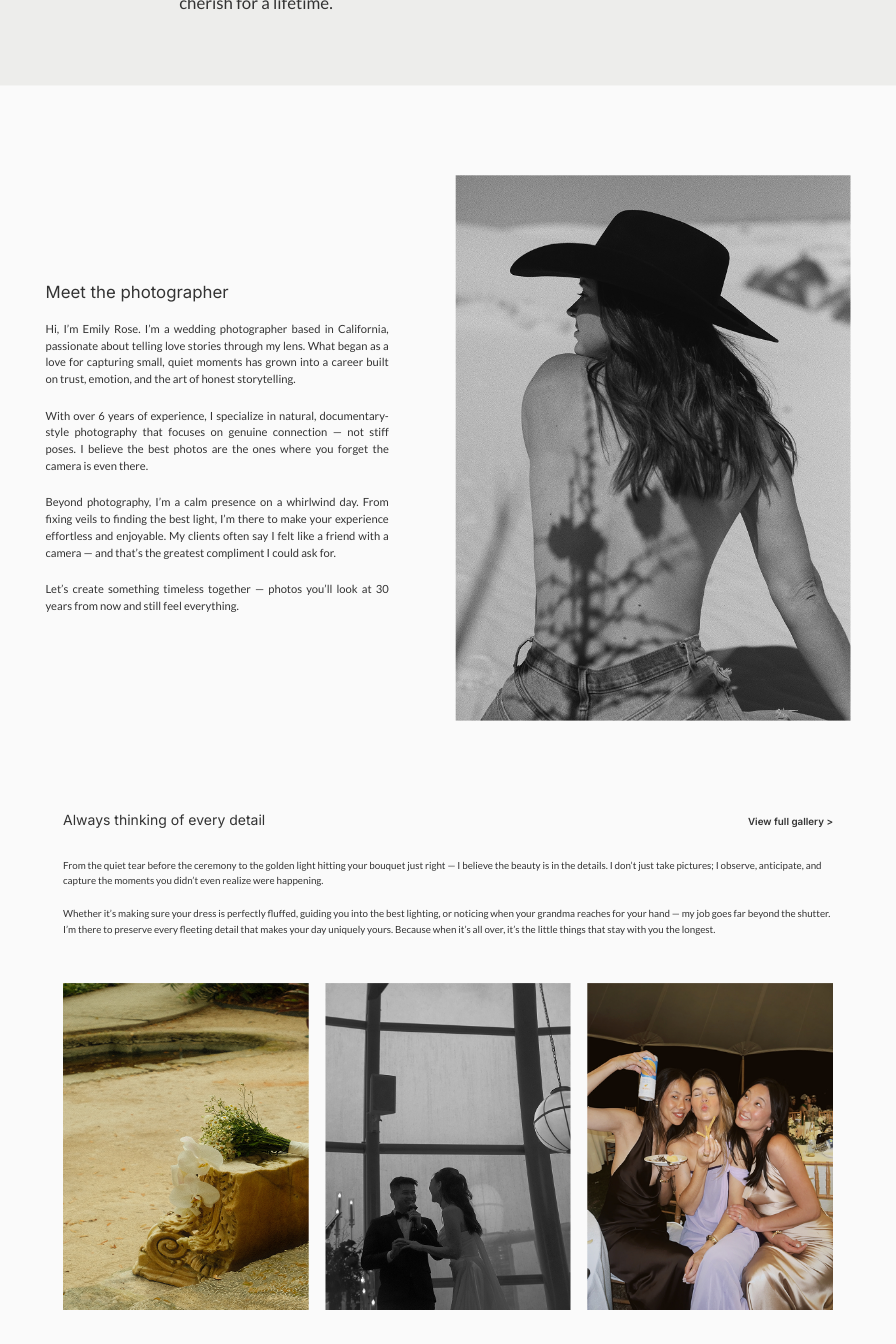
Repository: eduarda-magnago/wt-photography
Page: /
These files come from the project's save history. The page is drawn as it stood at one moment and after the next save; the edit follows.
The browser window is 1280 px wide. The pictures show the part of the page from y = 949 to 2869 px (the page is 3917 px tall before and 3734 px after), at 70% of full size.
Some web fonts or font styles are not loaded; a fallback is used. The project was rebuilt for these pictures with package versions that can differ from the ones it lists, and the page was loaded fresh each time. The framework's server and built-in components were replaced by stand-ins that run in the browser. Also part of the build but not shown: next.config.ts.

Above is the page before, as saved 2026-10-14 12:52:08.

### app/layout.tsx
import type { Metadata } from "next";
import { Inter, Lato, Cormorant_SC } from "next/font/google";
import Header from "@/components/layout/header";
import Footer from "@/components/layout/footer";
import "./globals.css";

const inter = Inter({
  subsets: ["latin"],
  variable: "--font-inter",
});

const lato = Lato({
  subsets: ["latin"],
  weight: ["300", "400", "700"],
  variable: "--font-lato",
});

const cormorant = Cormorant_SC({
  subsets: ["latin"],
  weight: ["300", "400", "500"],
  variable: "--font-cormorant",
});

export const metadata: Metadata = {
  title: "WT Timeless Photography",
  description: "Timeless wedding photography",
};

export default function RootLayout({
  children,
}: {
  children: React.ReactNode;
}) {
  return (
    <html
      lang="en"
      className={`${inter.variable} ${lato.variable} ${cormorant.variable}`}
    >
      <body className="font-sans antialiased">
        <Header />
        <main>{children}</main>
        <Footer />
      </body>
    </html>
  );
}

### app/page.tsx
import Hero from "@/components/hero";
import Intro from "@/components/home/intro";
import About from "@/components/home/about";
import Details from "@/components/home/details";
import Testimonials from "@/components/home/testimonials";

export default function Home() {
  return (
    <>
      <Hero
        eyebrow="Timeless Wedding Photography"
        title="Capturing the essence of your treasured moments"
        image="/img/hero-bg.jpg"
      />
      <Intro />
      <About />
      <Details />
      <Testimonials />
    </>
  );
}

### components/layout/header.tsx
"use client";

import { useState } from "react";
import Image from "next/image";
import Link from "next/link";

const navLinks = [
  { label: "Home", href: "/" },
  { label: "About me", href: "/#about" },
  { label: "Gallery", href: "/#gallery" },
  { label: "Testimonials", href: "/#testimonials" },
  { label: "Contact Us", href: "/contact#contact-form" },
];

export default function Header() {
  const [open, setOpen] = useState(false);

  return (
    <header className="absolute inset-x-0 top-0 z-30">
      <div className="flex items-start justify-between px-6 py-8 md:px-14">
        <ul className="flex items-center gap-3">
          <li>
            <a
              href="#"
              aria-label="Instagram"
              className="relative block h-[19px] w-[18px] transition-opacity hover:opacity-70"
            >
              <Image
                src="/img/instagram.png"
                alt=""
                fill
                sizes="18px"
                className="object-contain"
              />
            </a>
          </li>
          <li>
            <a
              href="#"
              aria-label="Facebook"
              className="relative block h-[18px] w-[18px] transition-opacity hover:opacity-70"
            >
              <Image
                src="/img/facebook.png"
                alt=""
                fill
                sizes="18px"
                className="object-contain"
              />
            </a>
          </li>
          <li>
            <a
              href="#"
              aria-label="YouTube"
              className="relative block h-[18px] w-[18px] transition-opacity hover:opacity-70"
            >
              <Image
                src="/img/youtube.png"
                alt=""
                fill
                sizes="18px"
                className="object-contain"
              />
            </a>
          </li>
          <li>
            <a
              href="#"
              aria-label="LinkedIn"
              className="relative block h-[18px] w-[18px] transition-opacity hover:opacity-70"
            >
              <Image
                src="/img/linkedin.png"
                alt=""
                fill
                sizes="18px"
                className="object-contain"
              />
            </a>
          </li>
        </ul>

        <button
          type="button"
          onClick={() => setOpen(true)}
          aria-label="Open menu"
          className="relative block h-6 w-9 transition-opacity hover:opacity-70"
        >
          <Image
            src="/img/menu.png"
            alt=""
            fill
            sizes="36px"
            className="object-contain"
          />
        </button>
      </div>

      {open && (
        <div className="fixed inset-0 z-40 flex items-center justify-center bg-ink/95">
          <button
            type="button"
            onClick={() => setOpen(false)}
            aria-label="Close menu"
            className="absolute right-6 top-8 text-3xl text-white md:right-14"
          >
            ✕
          </button>
          <nav>
            <ul className="flex flex-col items-center gap-8">
              {navLinks.map((link) => (
                <li key={link.label}>
                  <Link
                    href={link.href}
                    onClick={() => setOpen(false)}
                    className="font-heading text-2xl text-white"
                  >
                    {link.label}
                  </Link>
                </li>
              ))}
            </ul>
          </nav>
        </div>
      )}
    </header>
  );
}

### components/layout/footer.tsx
import Image from "next/image";
import Link from "next/link";

const exploreLinks = [
  { label: "Home", href: "/" },
  { label: "About me", href: "/#about" },
  { label: "Gallery", href: "/#gallery" },
  { label: "Testimonials", href: "/#testimonials" },
  { label: "Contact Us", href: "/contact#contact-form" },
];

export default function Footer() {
  return (
    <footer>
      <div className="bg-ink px-6 py-16 text-sm text-white md:px-14">
        <div className="mx-auto max-w-5xl">
          <div className="border-t border-white/30 pt-12">
            <div className="grid gap-12 md:grid-cols-[1fr_auto_auto] md:gap-20">
              <div>
                <Image
                  src="/img/logo.png"
                  alt="WT Timeless Photography"
                  width={240}
                  height={110}
                />
                <p className="mt-6 max-w-xs">
                  With a natural and artistic approach, we create photographs
                  that reflect everything.
                </p>
                <ul className="mt-6 flex items-center gap-3">
                  <li>
                    <a href="#" aria-label="Instagram" className="transition-opacity hover:opacity-70">
                      <Image src="/img/instagram.png" alt="" width={18} height={18} />
                    </a>
                  </li>
                  <li>
                    <a href="#" aria-label="Facebook"
                      className="relative block h-[18px] w-[18px] transition-opacity hover:opacity-70"
                    >
                      <Image src="/img/facebook.png" alt="" fill sizes="18px" className="object-contain"/>
                    </a>
                  </li>
                  <li>
                    <a href="#" aria-label="YouTube" className="transition-opacity hover:opacity-70">
                      <Image src="/img/youtube.png" alt="" width={18} height={18} />
                    </a>
                  </li>
                  <li>
                    <a href="#" aria-label="LinkedIn" className="transition-opacity hover:opacity-70">
                      <Image src="/img/linkedin.png" alt="" width={18} height={18} />
                    </a>
                  </li>
                </ul>
              </div>

              <div>
                <h3 className="mb-6 text-xs uppercase tracking-widest">
                  Explore
                </h3>
                <ul className="space-y-2">
                  {exploreLinks.map((link) => (
                    <li key={link.label}>
                      <Link href={link.href}>{link.label}</Link>
                    </li>
                  ))}
                </ul>
              </div>

              <div>
                <h3 className="mb-6 text-xs uppercase tracking-widest">
                  Enquiries
                </h3>
                <address className="not-italic leading-relaxed">
                  641 Route de Gibannaz
                  <br />
                  Les Gets
                  <br />
                  74260
                </address>
                <div className="mt-6 flex flex-col gap-1 underline">
                  <a href="tel:+33685204809">+33 (0)6 85 20 48 09</a>
                  <a href="tel:+447967728009">+44 (0)7967 728009</a>
                </div>
                <a
                  href="mailto:info@weddingphoto.com"
                  className="mt-6 block underline"
                >
                  info@weddingphoto.com
                </a>
              </div>
            </div>

            <div className="mt-16 flex flex-col gap-4 border-t border-white/30 pt-6 text-xs md:flex-row md:justify-between">
              <p>
                Designed &amp; developed by{" "}
                <a href="https://www.instagram.com/webstudio.em" target="_blank" rel="noopener noreferrer" className="underline">
                  EM Studio
                </a>
              </p>
              <div className="flex gap-6 underline">
                <a href="#">Terms &amp; Conditions</a>
                <a href="#">Privacy Policy</a>
              </div>
            </div>
          </div>
        </div>
      </div>
      <p className="bg-neutral-200 px-6 py-5 text-center text-xs uppercase tracking-wide">
        © WT Timeless Photography 2026 - All the rights reserved.
      </p>
    </footer>
  );
}

### app/globals.css
@import "tailwindcss";

@theme inline {
  --font-sans: var(--font-lato);
  --font-heading: var(--font-inter);
  --font-hero: var(--font-cormorant);

  --color-ink: #333333;
  --color-sand: #ededeb;
  --color-paper: #fafafa;
  --color-blush: #f4e6dc;
}

html {
  scroll-behavior: smooth;
}

body {
  background: var(--color-paper);
  color: var(--color-ink);
}

### components/hero.tsx
import Image from "next/image";
import Link from "next/link";

type HeroProps = {
  eyebrow: string;
  title: string;
  image: string;
  ctaLabel?: string;
  ctaHref?: string;
};

export default function Hero({
  eyebrow,
  title,
  image,
  ctaLabel = "Explore our gallery",
  ctaHref = "/#gallery",
}: HeroProps) {
  return (
    <section className="relative flex h-[70vh] min-h-[715px] items-center justify-center overflow-hidden">
      <Image
        src="/img/hero.png"
        alt=""
        fill
        priority
        sizes="100vw"
        className="object-cover"
      />
      <div className="absolute inset-0 bg-black/20" />
      <div className="relative z-10 flex max-w-3xl flex-col items-center px-6 text-center text-white">
        <p className="mb-4 text-sm">{eyebrow}</p>
        <h1 className="font-hero text-5xl leading-[0.9] md:text-7xl">
          {title}
        </h1>
        <Link
          href={ctaHref}
          className="mt-8 border-b border-white pb-1 text-xs uppercase tracking-wider"
        >
          {ctaLabel}
        </Link>
      </div>
    </section>
  );
}

### components/home/intro.tsx
export default function Intro() {
  return (
    <section className="bg-sand px-6 py-22 md:py-25">
      <p className="mx-auto max-w-3xl text-justify text-xl leading-relaxed md:text-2xl">
        Your love story is one of a kind, filled with genuine emotions,
        meaningful details, and unforgettable moments. Our passion is to
        preserve those fleeting seconds and transform them into timeless images
        that you will cherish for a lifetime.
      </p>
    </section>
  );
}

### components/home/about.tsx
import Image from "next/image";

export default function About() {
  return (
    <section id="about" className="bg-paper px-6 py-24 md:px-14 md:py-32">
      <div className="mx-auto grid max-w-[1150px] items-center gap-12 md:grid-cols-[435fr_500fr] md:gap-x-12 xl:gap-x-[96px]">
        <div>
          <h2 className="font-heading text-2xl">Meet the photographer</h2>

          <div className="mt-6 space-y-7 text-justify text-base leading-6">
            <p>
              Hi, I’m Emily Rose. I’m a wedding photographer based in
              California, passionate about telling love stories through my
              lens. What began as a love for capturing small, quiet moments has
              grown into a career built on trust, emotion, and the art of
              honest storytelling.
            </p>
            <p>
              With over 6 years of experience, I specialize in natural,
              documentary-style photography that focuses on genuine connection
              — not stiff poses. I believe the best photos are the ones where
              you forget the camera is even there.
            </p>
            <p>
              Beyond photography, I’m a calm presence on a whirlwind day. From
              fixing veils to finding the best light, I’m there to make your
              experience effortless and enjoyable. My clients often say I felt
              like a friend with a camera — and that’s the greatest compliment
              I could ask for.
            </p>
            <p>
              Let’s create something timeless together — photos you’ll look at
              30 years from now and still feel everything.
            </p>
          </div>
        </div>

        <div className="relative aspect-[619/855] w-full">
          <Image
            src="/img/about.png"
            alt="Wedding photographer picture"
            fill
            sizes="(min-width: 1280px) 500px, (min-width: 768px) 50vw, 100vw"
            className="object-cover"
          />
        </div>
      </div>
    </section>
  );
}

### components/home/details.tsx
import Image from "next/image";
import Link from "next/link";

const photos = [
  { src: "/img/detail1.png", alt: "Bouquet resting on a golden ornament" },
  { src: "/img/detail2.png", alt: "Couple dancing by a large window" },
  { src: "/img/detail3.png", alt: "Bridesmaids laughing together" },
];

export default function Details() {
  return (
    <section id="gallery" className="bg-paper px-6 pb-24 md:px-14 md:pb-32">
      <div className="mx-auto max-w-[1100px]">
        <div className="flex items-baseline justify-between">
          <h2 className="font-heading text-xl">
            Always thinking of every detail
          </h2>
          <Link href="/#gallery" className="font-heading text-sm font-semibold">
            View full gallery &gt;
          </Link>
        </div>

        <div className="mt-10 space-y-6 text-sm leading-relaxed">
          <p>
            From the quiet tear before the ceremony to the golden light hitting
            your bouquet just right — I believe the beauty is in the details. I
            don’t just take pictures; I observe, anticipate, and capture the
            moments you didn’t even realize were happening.
          </p>
          <p>
            Whether it’s making sure your dress is perfectly fluffed, guiding
            you into the best lighting, or noticing when your grandma reaches
            for your hand — my job goes far beyond the shutter. I’m there to
            preserve every fleeting detail that makes your day uniquely yours.
            Because when it’s all over, it’s the little things that stay with
            you the longest.
          </p>
        </div>

        <div className="mt-16 grid gap-6 md:grid-cols-3">
          {photos.map((photo) => (
            <div key={photo.src} className="relative aspect-[3/4]">
              <Image
                src={photo.src}
                alt={photo.alt}
                fill
                sizes="(min-width: 768px) 33vw, 100vw"
                className="object-cover"
              />
            </div>
          ))}
        </div>
      </div>
    </section>
  );
}

### components/home/testimonials.tsx
"use client";

import { useState } from "react";
import Image from "next/image";

const testimonials = [
  {
    name: "Anna C.",
    image: "/img/testimonial.png",
    quote:
      "I had a very amazing contracting WP for my wedding. They are super kind team and I always felt I could trust 100% in their work. When I received the pictures I was more surprised than I imagined, really good quality! No regrets.",
  },
];

export default function Testimonials() {
  const [index, setIndex] = useState(0);
  const current = testimonials[index];

  function next() {
    setIndex((prev) => (prev + 1) % testimonials.length);
  }

  return (
    <section id="testimonials" className="bg-sand px-6 py-20 md:px-14">
      <div className="mx-auto grid max-w-5xl items-center gap-10 md:grid-cols-[auto_1fr] md:gap-16">
        <div className="relative h-48 w-48 overflow-hidden rounded-full md:h-56 md:w-56">
          <Image
            src={current.image}
            alt={current.name}
            fill
            sizes="224px"
            className="object-cover"
          />
        </div>

        <div>
          <h3 className="font-heading text-xl">{current.name}</h3>
          <blockquote className="mt-4 text-justify text-lg leading-relaxed">
            “{current.quote}”
          </blockquote>
          <button
            type="button"
            onClick={next}
            className="font-heading mt-8 ml-auto block text-sm font-semibold"
          >
            {index + 1}/{testimonials.length} &gt;
          </button>
        </div>
      </div>
    </section>
  );
}

After the next save:
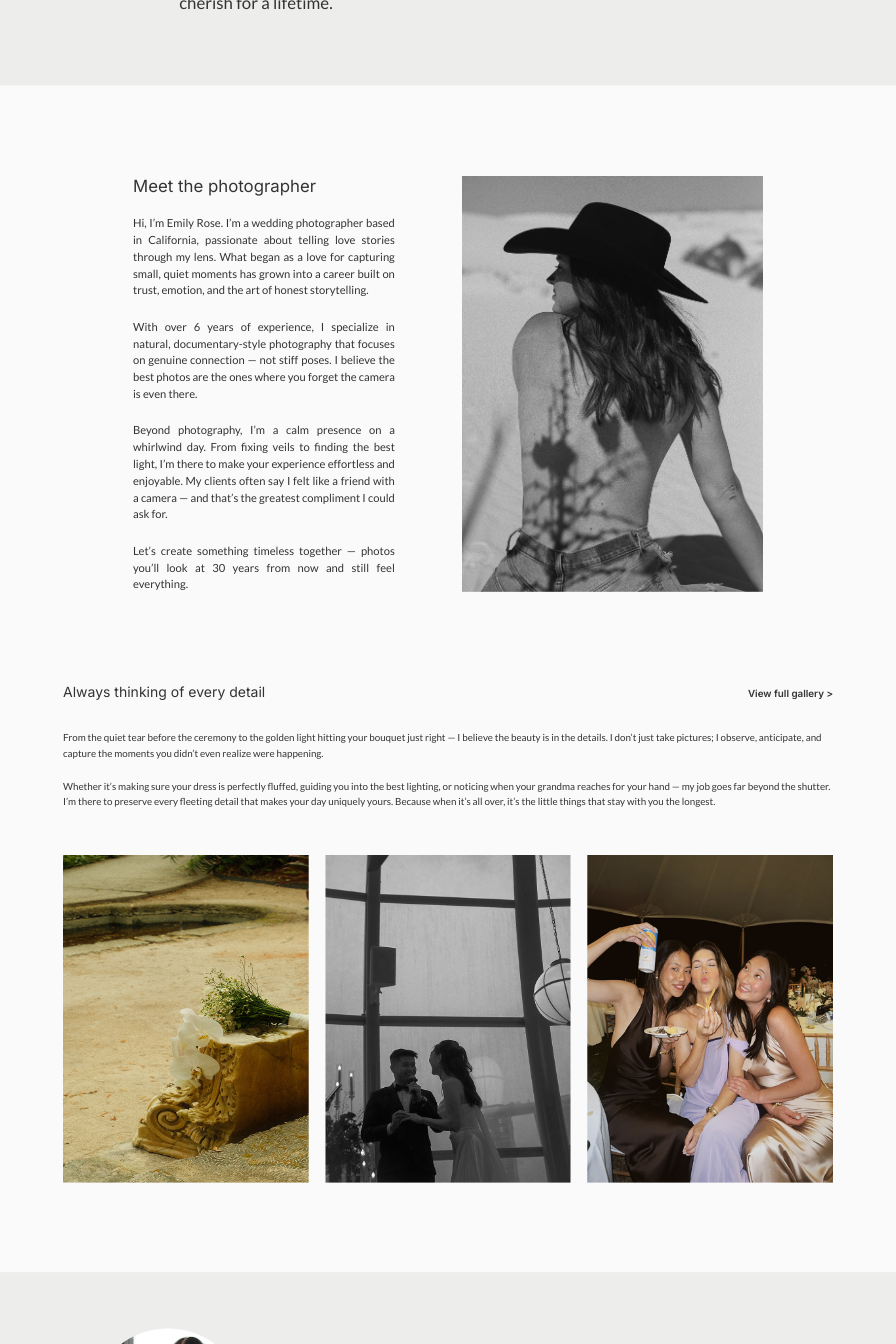
Saved 9 s later.
--- a/components/home/about.tsx
+++ b/components/home/about.tsx
@@ -3,7 +3,7 @@ import Image from "next/image";
 export default function About() {
   return (
     <section id="about" className="bg-paper px-6 py-24 md:px-14 md:py-32">
-      <div className="mx-auto grid max-w-[1150px] items-center gap-12 md:grid-cols-[435fr_500fr] md:gap-x-12 xl:gap-x-[96px]">
+      <div className="mx-auto grid max-w-[900px] items-center gap-12 md:grid-cols-[435fr_500fr] md:gap-x-12 xl:gap-x-[96px]">
         <div>
           <h2 className="font-heading text-2xl">Meet the photographer</h2>
 
